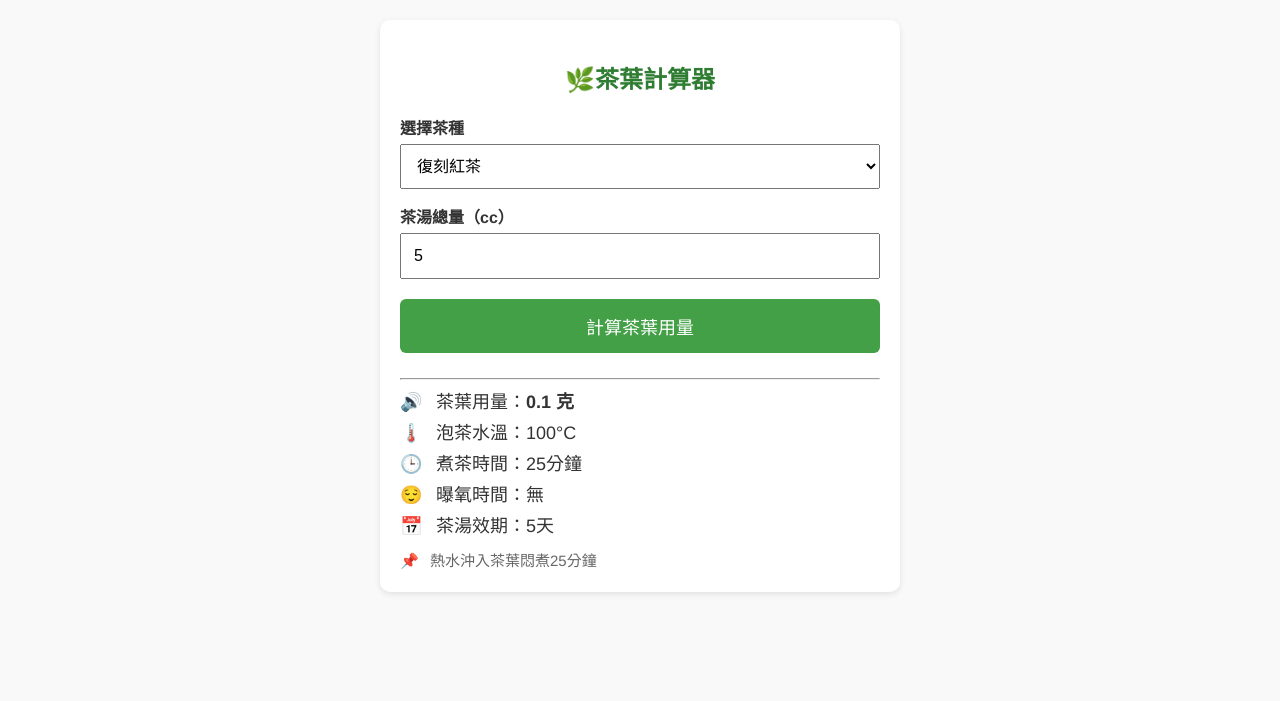
Repository: liying1106/tea-calculator
Page: 茶葉.html
An editor plug-in stored every save of this project. The page is shown before and after the next save, followed by the edit.
The browser window is 1280 px wide. The pictures show the whole page.
Empty fields were first filled with sample values (such as "Sample", 5 or name@example.com).
After loading, the first visible `button` was clicked once.

Above is the page before, as saved 2025-07-16 13:32:53.

### 茶葉.html
<!DOCTYPE html>
<html lang="zh-TW">
<head>
  <meta charset="UTF-8" />
  <meta name="viewport" content="width=device-width, initial-scale=1" />
  <title>🌿茶葉用量計算器</title>
  <style>
    body {
      font-family: "Helvetica", sans-serif;
      padding: 20px;
      margin: 0;
      background: #f9f9f9;
      color: #333;
    }

    h2 {
      text-align: center;
      color: #2e7d32;
    }

    .container {
      max-width: 480px;
      margin: auto;
      background: #fff;
      padding: 20px;
      border-radius: 10px;
      box-shadow: 0 2px 6px rgba(0, 0, 0, 0.1);
    }

    label {
      margin-top: 15px;
      display: block;
      font-weight: bold;
    }

    select,
    input {
      width: 100%;
      padding: 12px;
      font-size: 16px;
      margin-top: 5px;
      box-sizing: border-box;
    }

    button {
      width: 100%;
      padding: 14px;
      background-color: #43a047;
      color: white;
      border: none;
      border-radius: 6px;
      font-size: 18px;
      margin-top: 20px;
    }

    button:hover {
      background-color: #388e3c;
    }

    #result {
      margin-top: 25px;
      font-size: 18px;
      line-height: 1.5;
    }

    .note {
      font-size: 15px;
      color: #666;
      margin-top: 10px;
      display: flex;
      align-items: center;
    }

    .row {
      display: flex;
      align-items: center;
      margin: 4px 0;
    }

    .icon {
      width: 2em;
      display: inline-block;
    }
  </style>
</head>
<body>
  <div class="container">
    <h2>🌿茶葉計算器</h2>

    <label>選擇茶種</label>
    <select id="teaType">
      <option value="復刻紅茶">復刻紅茶</option>
      <option value="蜜香紅茶">蜜香紅茶</option>
      <option value="安東烏龍">安東烏龍</option>
      <option value="金萱茶">金萱茶</option>
      <option value="綠茶">綠茶</option>
      <option value="蕎麥茶">蕎麥茶</option>
      <option value="泰式奶茶">泰式奶茶</option>
      <option value="洛神花茶">洛神花茶</option>
    </select>

    <label>茶湯總量（cc）</label>
    <input type="number" id="waterVolume" placeholder="請輸入茶湯量" value="" min="1" />

    <button onclick="calculate()">計算茶葉用量</button>

    <div id="result"></div>
  </div>

  <script>
    const teaData = {
      "復刻紅茶": {
        ratio: 45,
        temp: "100°C",
        boilTime: "25分鐘",
        steamTime: "無",
        note: "熱水沖入茶葉悶煮25分鐘",
        shelf: "5天"
      },
      "蜜香紅茶": {
        ratio: 50,
        temp: "100°C",
        boilTime: "10分鐘",
        steamTime: "無",
        note: "熱水沖入茶葉悶煮10分鐘",
        shelf: "5小時"
      },
      "安東烏龍": {
        ratio: 50,
        temp: "100°C",
        boilTime: "9分鐘",
        steamTime: "無",
        note: "熱水沖入茶葉悶煮9分鐘",
        shelf: "5小時"
      },
      "金萱茶": {
        ratio: 34,
        temp: "90-95°C",
        boilTime: "11分鐘",
        steamTime: "無",
        note: "熱水沖入茶葉悶煮11分鐘",
        shelf: "5小時"
      },
      "綠茶": {
        ratio: 50,
        temp: "80-85°C",
        boilTime: "7分鐘",
        steamTime: "5分鐘",
        note: "熱水沖入茶葉悶煮7分鐘後再悶5分鐘",
        shelf: "5小時"
      },
      "蕎麥茶": {
        ratio: 50,
        temp: "熱水 100°C + 冰塊",
        boilTime: "3分鐘",
        steamTime: "30分鐘",
        note: "茶葉:茶湯 = 1:50，茶湯 = 熱水:冰塊 = 3:2",
        shelf: "6小時"
      },
      "泰式奶茶": {
        ratio: 12.5,
        temp: "熱水 100°C",
        boilTime: "5分鐘",
        steamTime: "無",
        note: "奶精粉為茶湯量的0.18倍，煉乳為0.23倍，冷藏保存3天"
      },
      "洛神花茶": {
        ratio: 60,
        temp: "熱水 100°C",
        boilTime: "7分鐘",
        steamTime: "10分鐘",
        note: "📌每3000cc茶湯加入約3顆梅子一起悶煮提升風味",
        shelf: "5天"
      }
    };

    function calculate() {
      const tea = document.getElementById("teaType").value;
      const totalVolume = parseFloat(document.getElementById("waterVolume").value);
      const data = teaData[tea];

      if (isNaN(totalVolume) || totalVolume <= 0) {
        document.getElementById("result").innerHTML =
          "<span style='color:red;'>請輸入正確的水量</span>";
        return;
      }

      let output = "";

      if (tea === "蕎麥茶") {
        const leaf = totalVolume / data.ratio;
        const hot = totalVolume * 3 / 5;
        const ice = totalVolume * 2 / 5;

        output = `
          <hr>
          <div class="row"><span class="icon">🔊</span> 茶葉用量：<strong>${leaf.toFixed(1)} 克</strong></div>
          <div class="row"><span class="icon">💧</span> 熱水用量：${hot.toFixed(0)} cc</div>
          <div class="row"><span class="icon">❄️</span> 冰塊用量：${ice.toFixed(0)} cc</div>
          <div class="row"><span class="icon">🌡️</span> 泡茶水溫：${data.temp}</div>
          <div class="row"><span class="icon">🕒</span> 煮茶時間：${data.boilTime}</div>
          <div class="row"><span class="icon">😌</span> 悶茶時間：${data.steamTime}</div>
          <div class="row"><span class="icon">📅</span> 茶湯效期：${data.shelf}</div>
          <div class="note"><span class="icon"></span> ${data.note}</div>
        `;
      } else if (tea === "泰式奶茶") {
        const leaf = totalVolume / data.ratio;
        const milkPowder = totalVolume * 0.18;
        const condensedMilk = totalVolume * 0.23;

        output = `
          <hr>
          <div class="row"><span class="icon">🔊</span> 茶葉用量：<strong>${leaf.toFixed(1)} 克</strong></div>
          <div class="row"><span class="icon">💧</span> 熱水用量：<strong>${totalVolume.toFixed(0)} cc</strong></div>
          <div class="row"><span class="icon">🥛</span> 奶精粉：<strong>${milkPowder.toFixed(1)} 克</strong></div>
          <div class="row"><span class="icon">🍶</span> 煉乳：<strong>${condensedMilk.toFixed(1)} 克</strong></div>
          <div class="row"><span class="icon">🕒</span> 煮茶時間：${data.boilTime}</div>
          <div class="note"><span class="icon">📌</span> ${data.note}</div>
        `;
      } else if (tea === "洛神花茶") {
        const grams = (totalVolume / data.ratio).toFixed(1);
        const plums = Math.round(totalVolume / 1000);
        output = `
          <hr>
          <div class="row"><span class="icon">🔊</span> 茶葉用量：<strong>${grams} 克</strong></div>
          <div class="row"><span class="icon">🍊</span> 梅子用量：<strong>${plums} 顆</strong></div>
          <div class="row"><span class="icon">🌡️</span> 泡茶水溫：${data.temp}</div>
          <div class="row"><span class="icon">🕒</span> 煮茶時間：${data.boilTime}</div>
          <div class="row"><span class="icon">😌</span> 悶茶時間：${data.steamTime}</div>
          <div class="row"><span class="icon">📅</span> 茶湯效期：${data.shelf}</div>
          <div class="note"><span class="icon">📌</span> ${data.note}</div>
        `;
      } else {
        const grams = (totalVolume / data.ratio).toFixed(1);
        output = `
          <hr>
          <div class="row"><span class="icon">🔊</span> 茶葉用量：<strong>${grams} 克</strong></div>
          <div class="row"><span class="icon">🌡️</span> 泡茶水溫：${data.temp}</div>
          <div class="row"><span class="icon">🕒</span> 煮茶時間：${data.boilTime}</div>
          <div class="row"><span class="icon">😌</span> 曝氧時間：${data.steamTime}</div>
          <div class="row"><span class="icon">📅</span> 茶湯效期：${data.shelf}</div>
          <div class="note"><span class="icon">📌</span> ${data.note}</div>
        `;
      }

      document.getElementById("result").innerHTML = output;
    }
  </script>
</body>
</html>

After the next save:
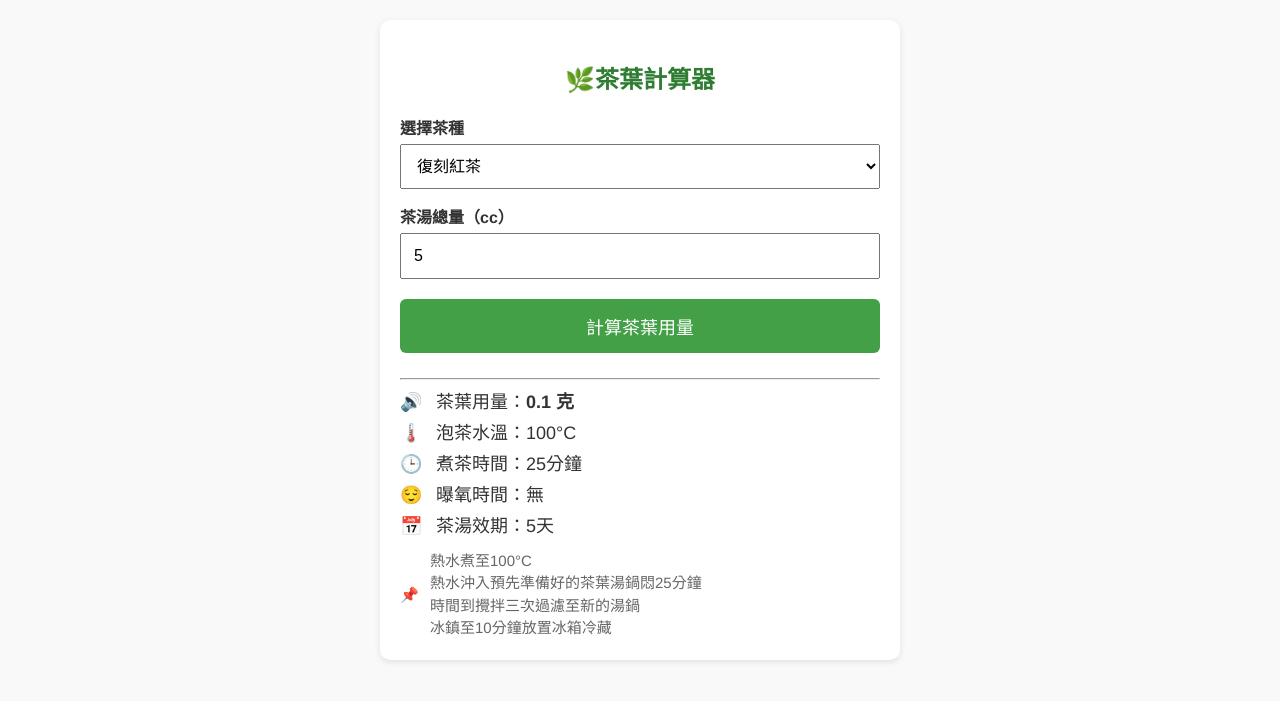
Saved 5 min 13 s later.
--- a/茶葉.html
+++ b/茶葉.html
@@ -114,7 +114,7 @@
         temp: "100°C",
         boilTime: "25分鐘",
         steamTime: "無",
-        note: "熱水沖入茶葉悶煮25分鐘",
+        note: "熱水煮至100°C<br>熱水沖入預先準備好的茶葉湯鍋悶25分鐘<br>時間到攪拌三次過濾至新的湯鍋<br>冰鎮至10分鐘放置冰箱冷藏",
         shelf: "5天"
       },
       "蜜香紅茶": {
@@ -169,7 +169,7 @@
         temp: "熱水 100°C",
         boilTime: "7分鐘",
         steamTime: "10分鐘",
-        note: "📌每3000cc茶湯加入約3顆梅子一起悶煮提升風味",
+        note: "每3000cc茶湯加入約3顆梅子一起悶煮提升風味",
         shelf: "5天"
       }
     };
@@ -201,7 +201,7 @@
           <div class="row"><span class="icon">🕒</span> 煮茶時間：${data.boilTime}</div>
           <div class="row"><span class="icon">😌</span> 悶茶時間：${data.steamTime}</div>
           <div class="row"><span class="icon">📅</span> 茶湯效期：${data.shelf}</div>
-          <div class="note"><span class="icon"></span> ${data.note}</div>
+          <div class="note"><span class="icon">📌</span> ${data.note}</div>
         `;
       } else if (tea === "泰式奶茶") {
         const leaf = totalVolume / data.ratio;
